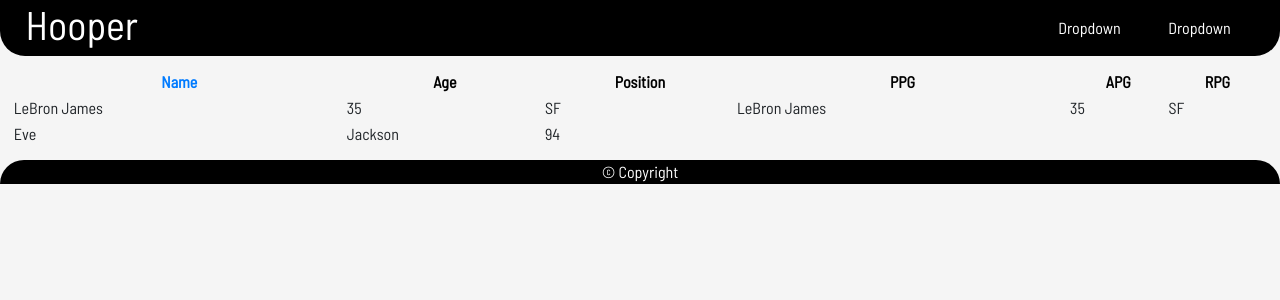
Repository: vlasarte/Hooper
Page: index.html
These files come from the project's save history. The page is drawn as it stood at one moment and after the next save; the edit follows.
The browser window is 1280 px wide. The pictures show the whole page.

Above is the page before, as saved 2020-02-18 23:12:03.

After the next save:
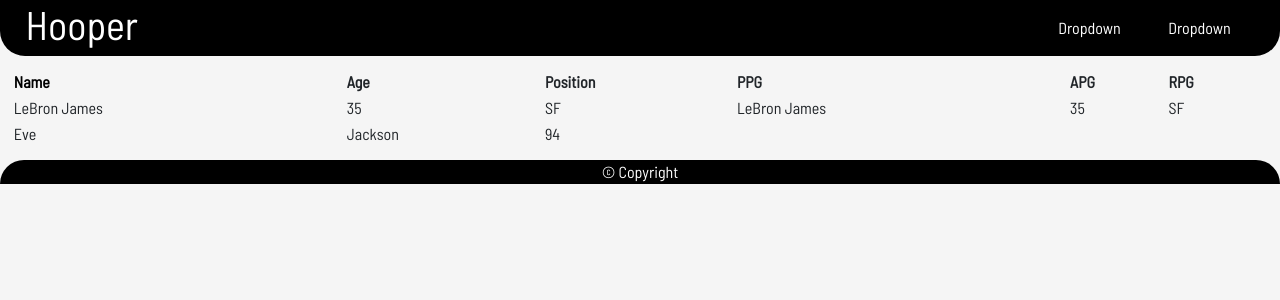
Saved 13 s later.
--- a/assets/css/style.css
+++ b/assets/css/style.css
@@ -90,7 +90,7 @@
     padding: 1%;
 }
 
-th {
+th a {
     text-align: center;
     color: black;
     font-weight: bold;

After the 2 saves that followed:
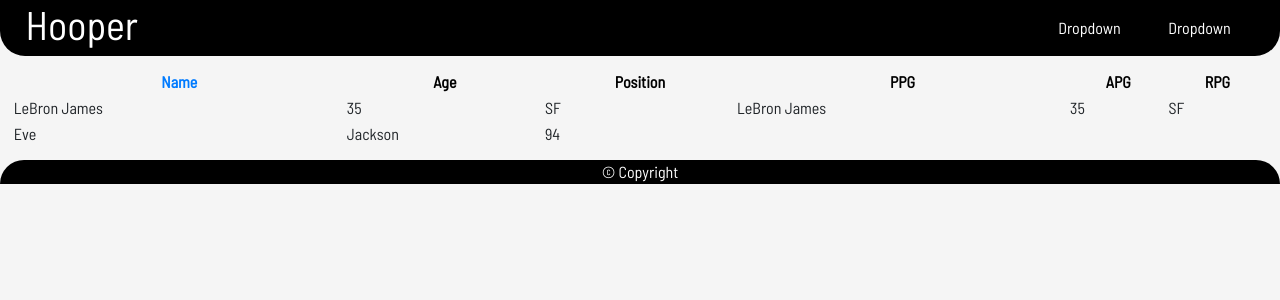
The 2 saves are shown as one change because 1 left the picture as it was.
The last was saved 12 s later.
--- a/assets/css/style.css
+++ b/assets/css/style.css
@@ -90,7 +90,7 @@
     padding: 1%;
 }
 
-th a {
+th {
     text-align: center;
     color: black;
     font-weight: bold;
